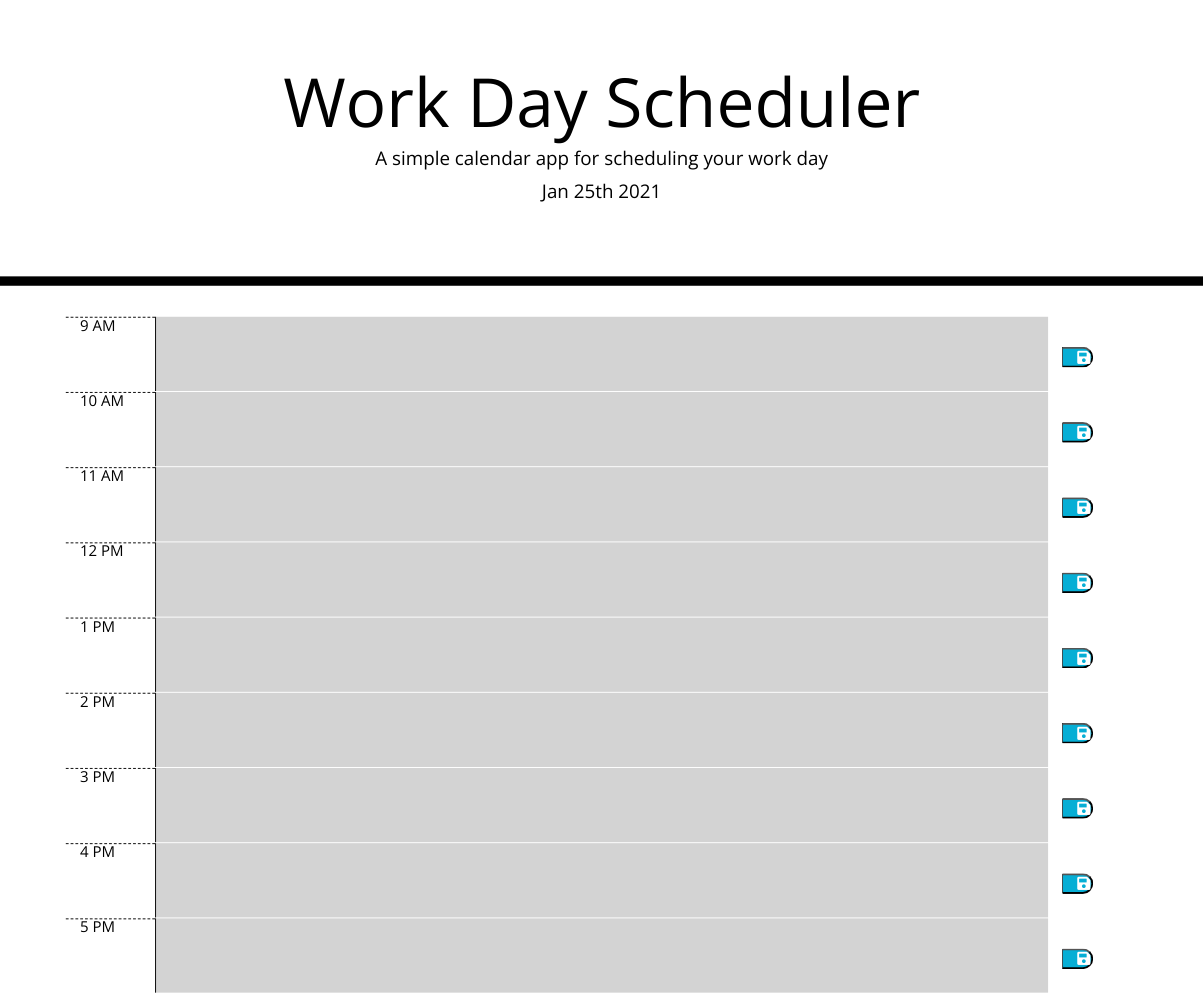
Repository: UPye/workDayScheduler
Page: index.html
An editor plug-in stored every save of this project. The page is shown before and after the next save, followed by the edit.
The browser window is 1280 px wide. The pictures show the whole page, at 94% of full size.
Some web libraries are served in a nearby version.

Above is the page before, as saved 2021-01-25 21:34:24.

After the next save:
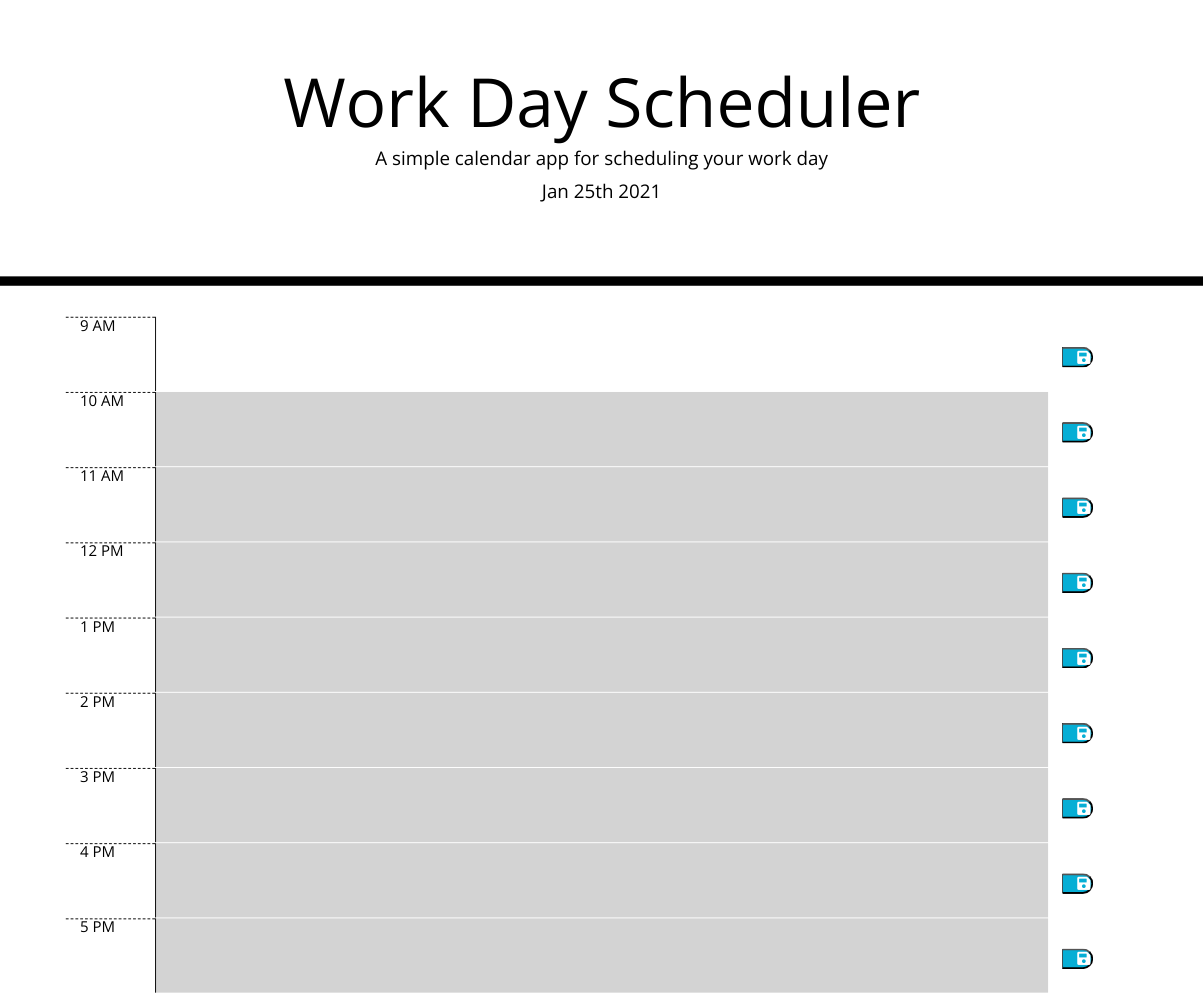
Saved 93 s later.
--- a/index.html
+++ b/index.html
@@ -33,7 +33,7 @@
     <main class="container">
       <section class="row timeblocks" id="ls">
         <div class="col-1 hour">9 AM</div>
-        <textarea id="9am hour-9" class="task col-10" name="server" autocomplete="off"></textarea>
+        <textarea id="hour-9" class="task col-10" name="server" autocomplete="off"></textarea>
         <div class="col-1 save">
           <button type="button" id="save-9" data-id="9" class="saveBtn col-1"><i class="fas fa-save"></i></button>
         </div>
